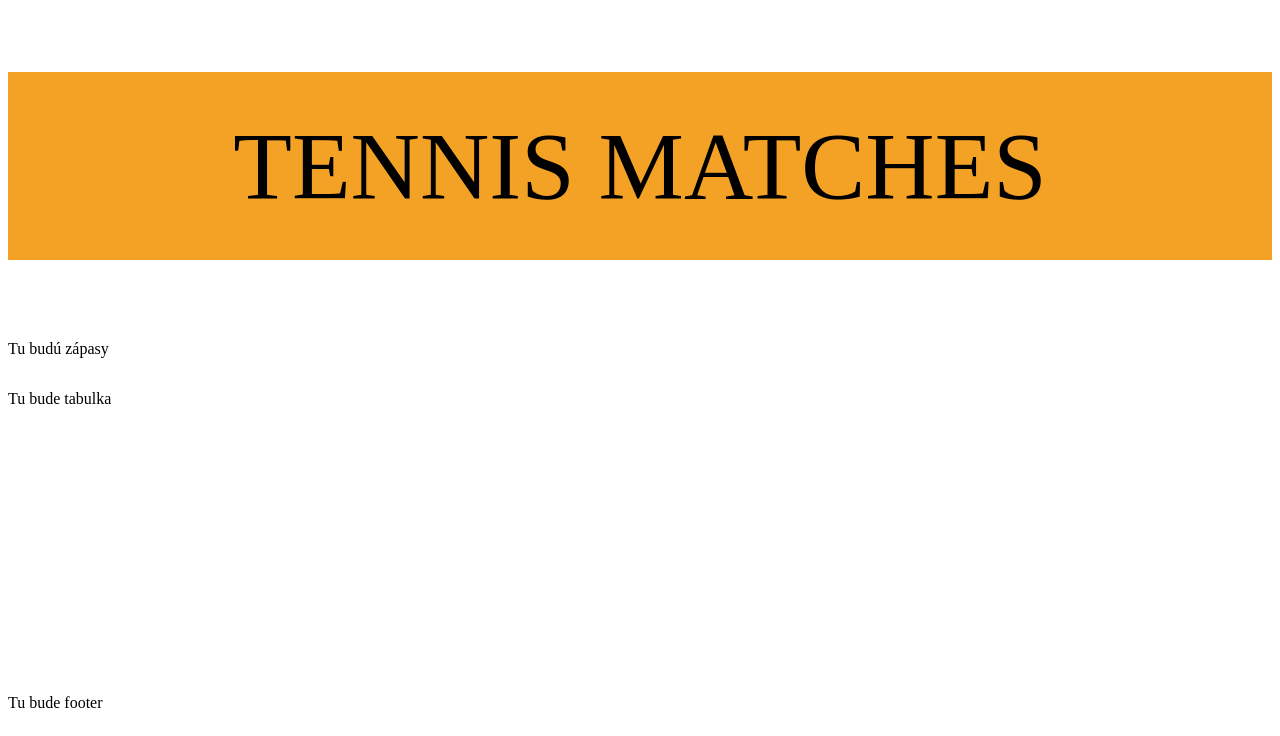
Repository: Badynko/tenis-app
Page: /
These files come from the project's save history. The page is drawn as it stood at one moment and after the next save; the edit follows.
The browser window is 1280 px wide. The pictures show the whole page.
The project was rebuilt for these pictures with package versions that can differ from the ones it lists, and the page was loaded fresh each time.

Above is the page before, as saved 2024-07-10 15:21:31.

After the next save:
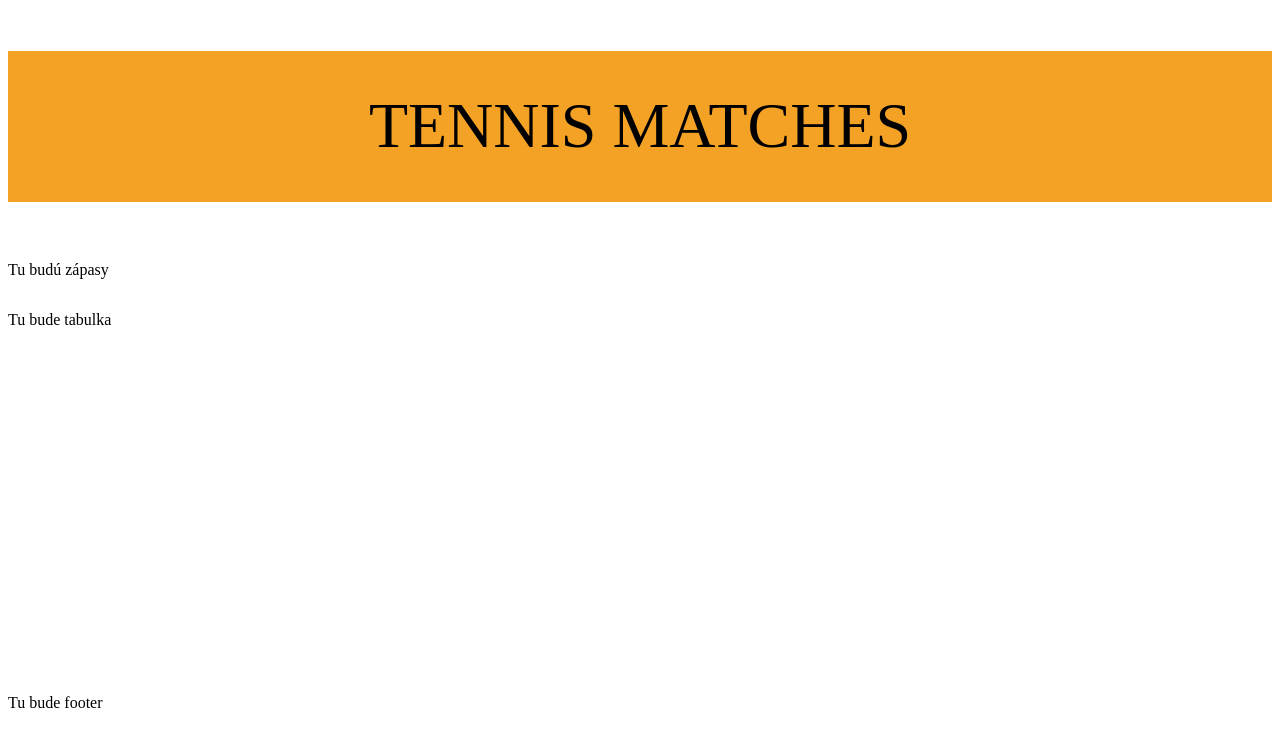
Saved 6 s later.
--- a/src/index.css
+++ b/src/index.css
@@ -9,7 +9,7 @@ h1 {
   text-align: center;
   background-color: #f4a226;
   font-family: "Monoton";
-  font-size: 6rem;
+  font-size: 4rem;
   text-transform: uppercase;
   font-weight: 400;
   padding: 2.4rem 0;
